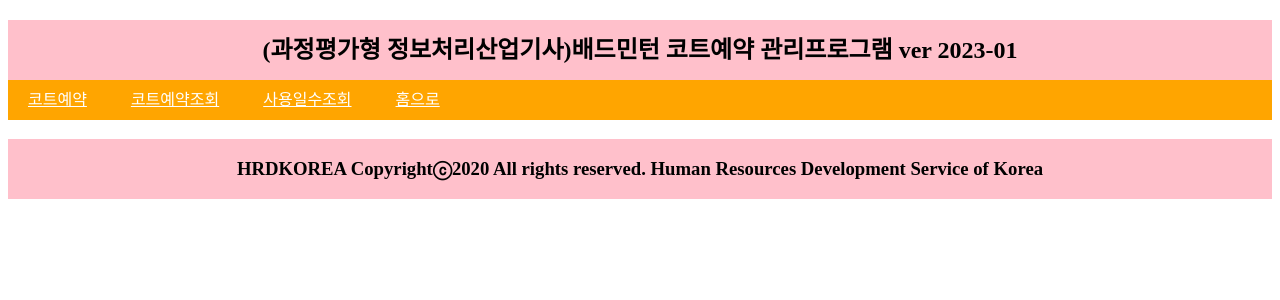
Repository: s25-30420/shopping
Page: http://localhost/shop/
The author's editor kept a copy of each file at every save. The page is drawn from the files as they stood at one save, then again after the next save.
The browser window is 1280 px wide. The pictures show the whole page.
The page is served by Tomcat 9.

Above is the page before, as saved 2025-09-01 00:53:24.

After the next save:
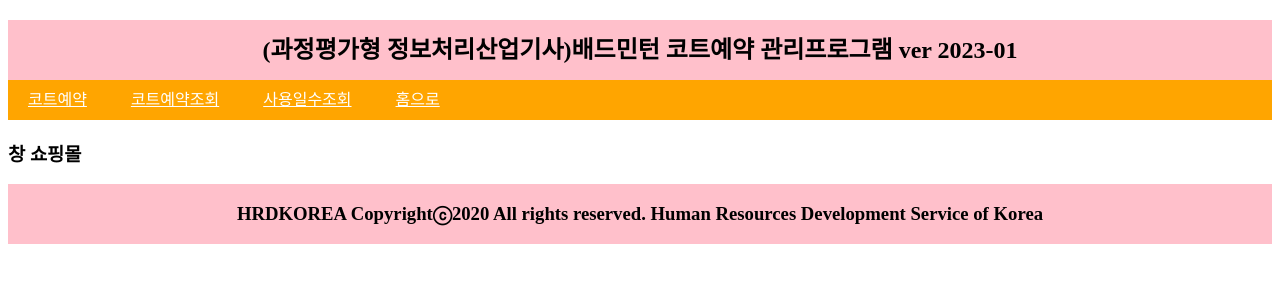
Saved 27 s later.
--- a/shop/src/main/webapp/index.jsp
+++ b/shop/src/main/webapp/index.jsp
@@ -9,7 +9,12 @@
 <body>
 <jsp:include page="header.jsp"></jsp:include>
 <jsp:include page="nav.jsp"></jsp:include>
-<section></section>
+<section>
+	<h3>창 쇼핑몰</h3>
+	<p>
+
+	</p>
+</section>
 <jsp:include page="footer.jsp"></jsp:include>
 </body>
 </html>
